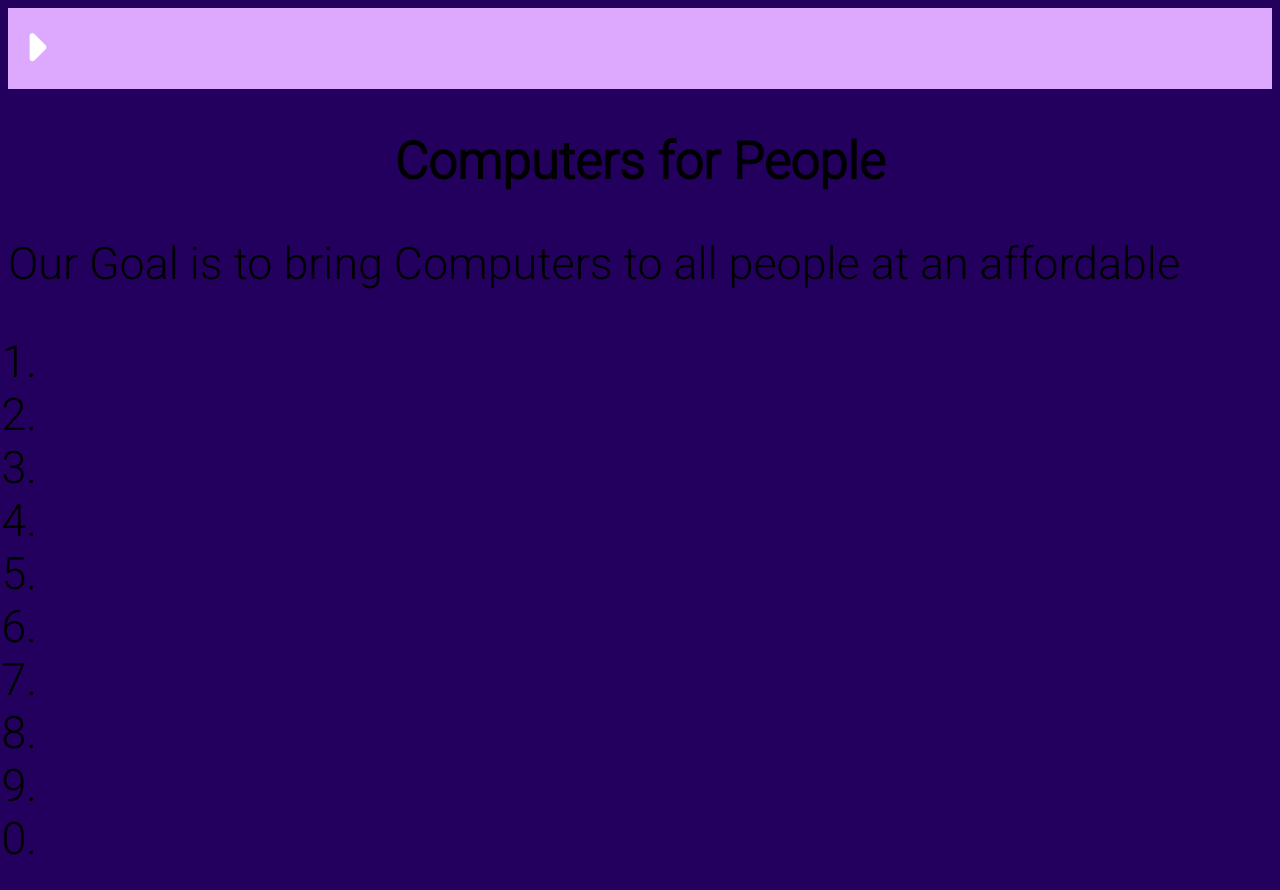
Repository: thecptwaffles/cfp-Website
Page: index.html
These files come from the project's save history. The page is drawn as it stood at one moment and after the next save; the edit follows.
The browser window is 1280 px wide. The pictures show the part of the page from y = 0 to 890 px (the page is 1747 px tall).
A picture or video elsewhere on the page could not be fetched, so the positions and the page height are approximate. Some web fonts or font styles are not loaded; a fallback is used. Some web libraries are served in a nearby version.

Above is the page before, as saved 2022-07-02 12:13:55.

After the next save:
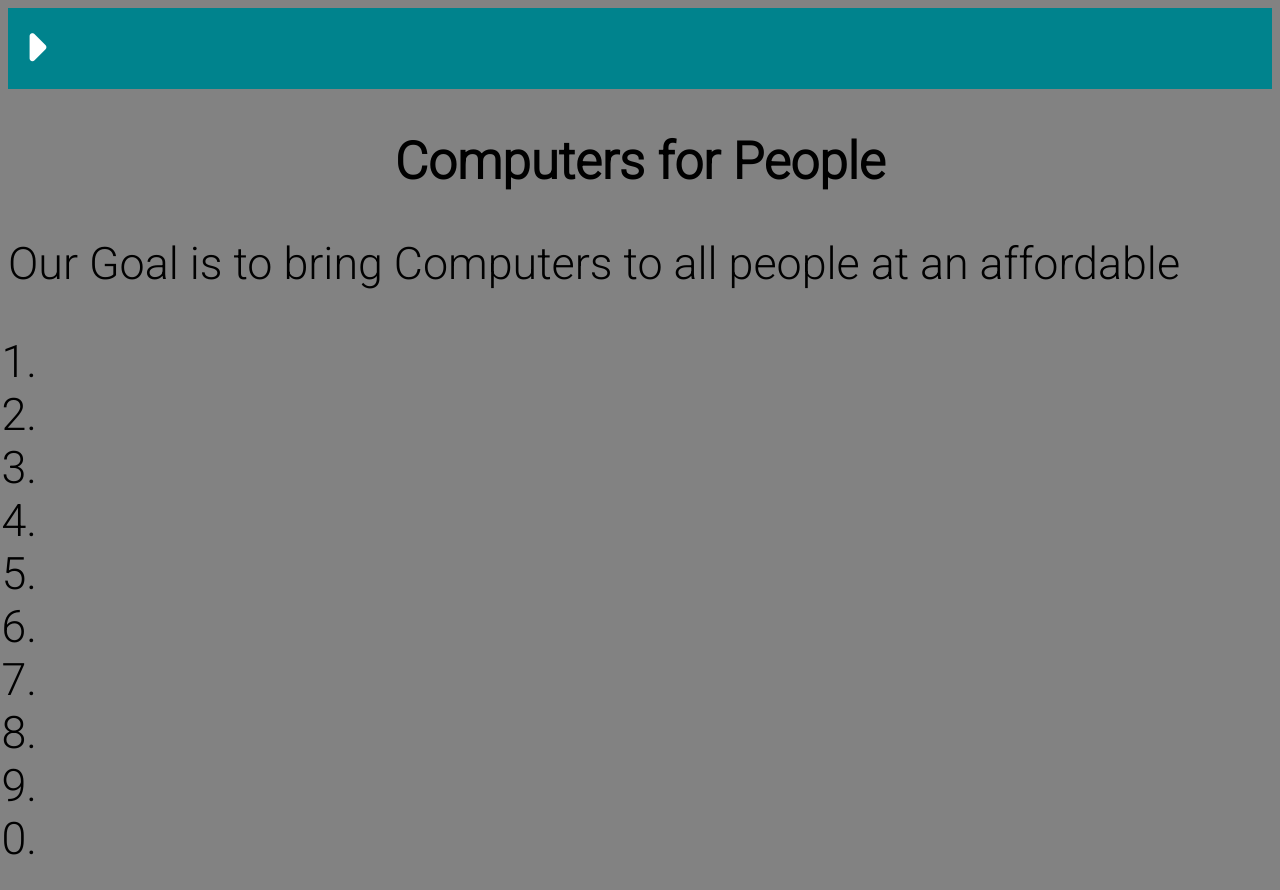
Saved 2 min 23 s later.
--- a/style.css
+++ b/style.css
@@ -1,9 +1,9 @@
 @import url('https://fonts.googleapis.com/css2?family=Gentium+Book+Plus&family=Roboto:wght@300&display=swap');
 
 :root {
-    --primClr: #23005d;
-    --secClr: #dca9ff;
-    --accentClr: #39beab;
+    --primClr: #828282;
+    --secClr: #00838d;
+    --accentClr: #7fd1ae;
     --primFont: 'Roboto', sans-serif;
     --secFont: 'Gentium Book Plus', serif;
     scroll-behavior: smooth;
